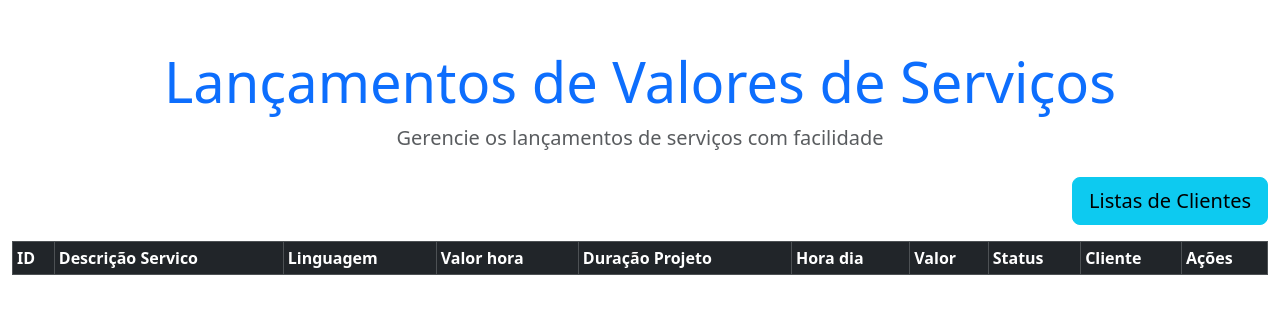
Repository: claudinez/kaspper-projeto-orcamento
Page: http://localhost/servicos/lista
An editor plug-in stored every save of this project. The page is shown before and after the next save, followed by the edit.
The browser window is 1280 px wide. The pictures show the whole page.
The page is this project's Thymeleaf template; nobody is signed in. The template is opened directly, without the code that normally fills it, so the values that code supplies are empty.

Above is the page before, as saved 2025-01-24 19:41:17.

### projeto_kaspper_back_end-main/sistema_servicos/sistema_servicos/src/main/resources/templates/servicos/lista.html
<!DOCTYPE html>
<html xmlns:th="http://www.thymeleaf.org">
<head>
    <title>Listas de Serviços</title>
    <link rel="stylesheet" href="https://cdnjs.cloudflare.com/ajax/libs/normalize/8.0.1/normalize.min.css">
    <meta charset="UTF-8">
    <meta name="viewport" content="width=device-width, initial-scale=1, shrink-to-fit=no">
    <!-- Adicionar a referência ao Bootstrap -->
   <link href="https://cdn.jsdelivr.net/npm/bootstrap@5.3.0-alpha1/dist/css/bootstrap.min.css" rel="stylesheet">

</head>
<body>
    <div class="container-fluid mt-5">

        <div class="text-center mb-4">
	        <h1 class="display-4 text-primary">Lançamentos de Valores de Serviços</h1>
	        <p class="lead text-muted">Gerencie os lançamentos de serviços com facilidade</p>
    	</div>

        <!-- Botão para ir à lista de clientes -->

	    <div class="mb-3 text-end">
    		<a th:href="@{/clientes/lista}" class="btn btn-info btn-lg"><i class="bi bi-person"></i> Listas de Clientes</a>
		</div>

      <div class="table-responsive"> <!-- Faz a tabela rolar horizontalmente em telas pequenas -->
        <table class="table table-bordered table-hover table-striped table-sm">
            <thead class="table-dark">
                <tr>
                    <th>ID</th>
                    <th>Descrição Servico</th>
                    <th>Linguagem</th>
                    <th>Valor hora</th>
                    <th>Duração Projeto</th>
                    <th>Hora dia</th>
                    <th>Valor</th>
                    <th>Status</th>
                    <th>Cliente</th>
                    <th>Ações</th>
                </tr>
            </thead>
            <tbody>
                <!-- Itera sobre os serviços e os exibe na tabela -->
                <tr th:each="servico : ${servicos}">
                    <td th:text="${servico.id}"></td>
                    <td th:text="${servico.descricao}"></td>
                    <td th:text="${servico.linguagem}"></td>
                    <td th:text="${servico.valorHora}"></td>
                    <td th:text="${servico.diaTrabalhado}"></td>
                    <td th:text="${servico.horaDia}"></td>
                    <td th:text="${servico.valorTotalProjeto}"></td>
                    <td th:text="${servico.status}"></td>
                    <td th:text="${servico.cliente.nome}"></td>

                    <td>
                    	<div style="display: flex; gap: 5px; white-space: nowrap;">
	                        <!-- Botões para editar e excluir -->
	                        <a th:href="@{/servicos/editar/{id}(id=${servico.id})}" class="btn btn-warning btn-sm">
	                           <i class="bi bi-pencil"></i>Editar
	                        </a>

	                        <a th:href="@{/servicos/deletar/{id}(id=${servico.id})}" class="btn btn-danger btn-sm"
	                           onclick="return confirm('Tem certeza que deseja excluir este serviço?')">
	                           <i class="bi bi-trash"></i> Deletar
	                        </a>

	                        <!-- Botão para Enviar E-mail -->
							<form th:action="@{/enviar-servico-email}" method="get" style="display:inline;"onsubmit="return marcarComoEnviado(this);">
							    <!-- Passa o ID do serviço e o e-mail do cliente -->
							    <input type="hidden" name="id" th:value="${servico.id}">
							    <input type="hidden" name="to" th:value="${servico.cliente.email}">

							    <!-- Botão para Enviar o E-mail -->

							    <button type="submit" class="btn btn-primary btn-sm" style="min-width: 100px;" th:id="'enviarEmailButton-' + ${servico.id}">Enviar E-mail</button>
							</form>
						</div>
                    </td>
                </tr>
            </tbody>
        </table>
        </div>
    </div>
   <script>
    document.addEventListener("DOMContentLoaded", function () {
        let statusCells = document.querySelectorAll("tbody td:nth-child(8)"); // 8ª coluna da tabela

        statusCells.forEach(cell => {
            let statusText = cell.textContent.trim().toLowerCase();
            let emoji = "";

            switch (statusText) {
                case "em análise":
                    emoji = "🔍";
                    cell.style.color = "#FFC107"; // Amarelo
                    break;
                case "urgente":
                    emoji = "🚨";
                    cell.style.color = "#DC3545"; // Vermelho
                    break;
                case "aprovado":
                    emoji = "✅";
                    cell.style.color = "#28A745"; // Verde
                    break;
                case "concluído":
                    emoji = "🎯";
                    cell.style.color = "#007BFF"; // Azul
                    break;
                case "cancelado":
                    emoji = "❌";
                    cell.style.color = "#6C757D"; // Cinza
                    cell.style.textDecoration = "line-through"; // Texto riscado
                    break;
            }

            if (emoji) {
                cell.innerHTML = `<span style="white-space: nowrap; font-weight: bold;">${emoji} ${cell.textContent.trim()}</span>`;
            }
        });
    });

</script>
<script>
document.addEventListener("DOMContentLoaded", function () {
    document.querySelectorAll("button[id^='enviarEmailButton-']").forEach(botao => {
        let servicoId = botao.id.split('-')[1]; // Pega o ID do serviço
        if (localStorage.getItem("emailEnviado-" + servicoId)) {
            botao.textContent = "Enviado";
            botao.classList.remove("btn-primary");
            botao.classList.add("btn-success");
            botao.disabled = true;
        }
    });
});

function marcarComoEnviado(form) {
    let botao = form.querySelector("button");
    let servicoId = botao.id.split('-')[1]; // Pega o ID do serviço
    localStorage.setItem("emailEnviado-" + servicoId, "true"); // Salva no LocalStorage

    botao.textContent = "Enviado";
    botao.classList.remove("btn-primary");
    botao.classList.add("btn-success");
    botao.disabled = true; // Evita múltiplos envios

    return true; // Permite o envio do formulário
}
</script>

<script src="https://cdn.jsdelivr.net/npm/bootstrap@5.3.0/dist/js/bootstrap.bundle.min.js"></script>
</body>
</html>

After the next save:
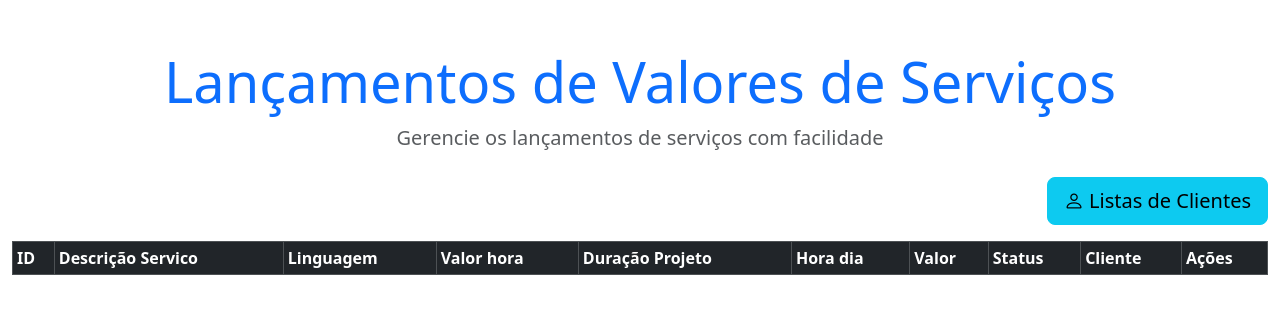
Saved 97 s later.
--- a/projeto_kaspper_back_end-main/sistema_servicos/sistema_servicos/src/main/resources/templates/servicos/lista.html
+++ b/projeto_kaspper_back_end-main/sistema_servicos/sistema_servicos/src/main/resources/templates/servicos/lista.html
@@ -7,6 +7,7 @@
     <meta name="viewport" content="width=device-width, initial-scale=1, shrink-to-fit=no">
     <!-- Adicionar a referência ao Bootstrap -->
    <link href="https://cdn.jsdelivr.net/npm/bootstrap@5.3.0-alpha1/dist/css/bootstrap.min.css" rel="stylesheet">
+   <link href="https://cdn.jsdelivr.net/npm/bootstrap-icons/font/bootstrap-icons.css" rel="stylesheet">
 
 </head>
 <body>
